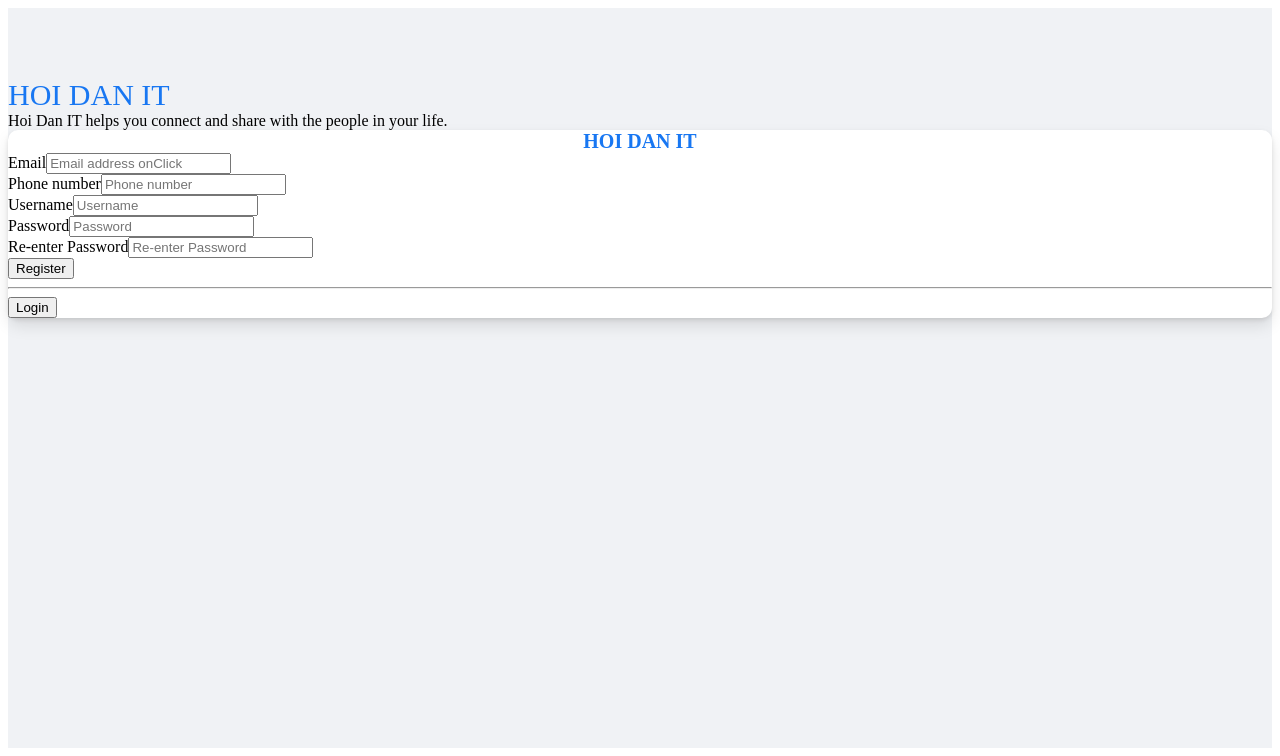
Repository: minhtien9/jwt_Reactjs_Frontend
Page: /register
The author's editor kept a copy of each file at every save. The page is drawn from the files as they stood at one save, then again after the next save.
The browser window is 1280 px wide. The pictures show the whole page.
The project was rebuilt for these pictures with package versions that can differ from the ones it lists, and the page was loaded fresh each time. Also part of the build but not shown: src/App.scss, src/components/Navigation/Nav.scss, src/components/Navigation/Nav.js, src/components/Login/Login.scss, src/components/Login/Login.js.

Above is the page before, as saved 2022-05-23 11:32:14.

After the next save:
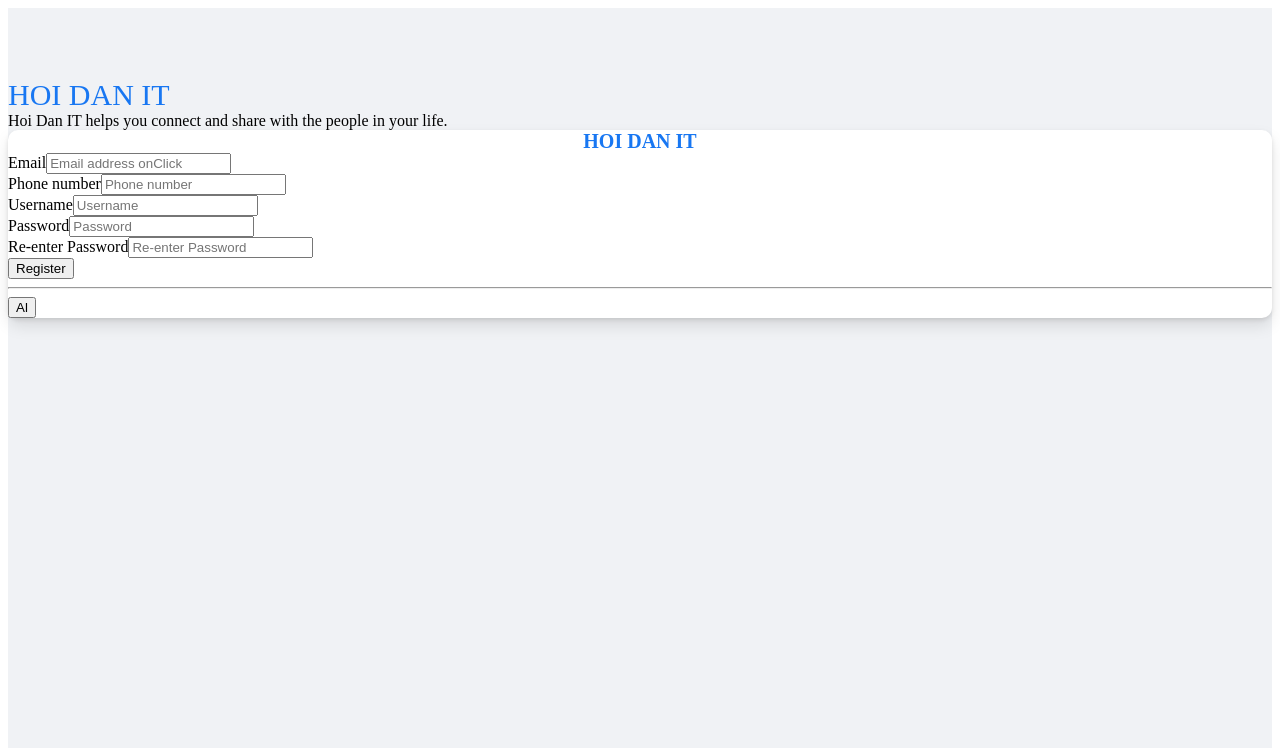
Saved 85 s later.
--- a/src/components/Register/Register.js
+++ b/src/components/Register/Register.js
@@ -72,7 +72,7 @@ const Register = (props) => {
                                 className='btn btn-success'
                                 onClick={() => handleRegister()}
                             >
-                                Login
+                                Al
                             </button>
                         </div>
                     </div>
